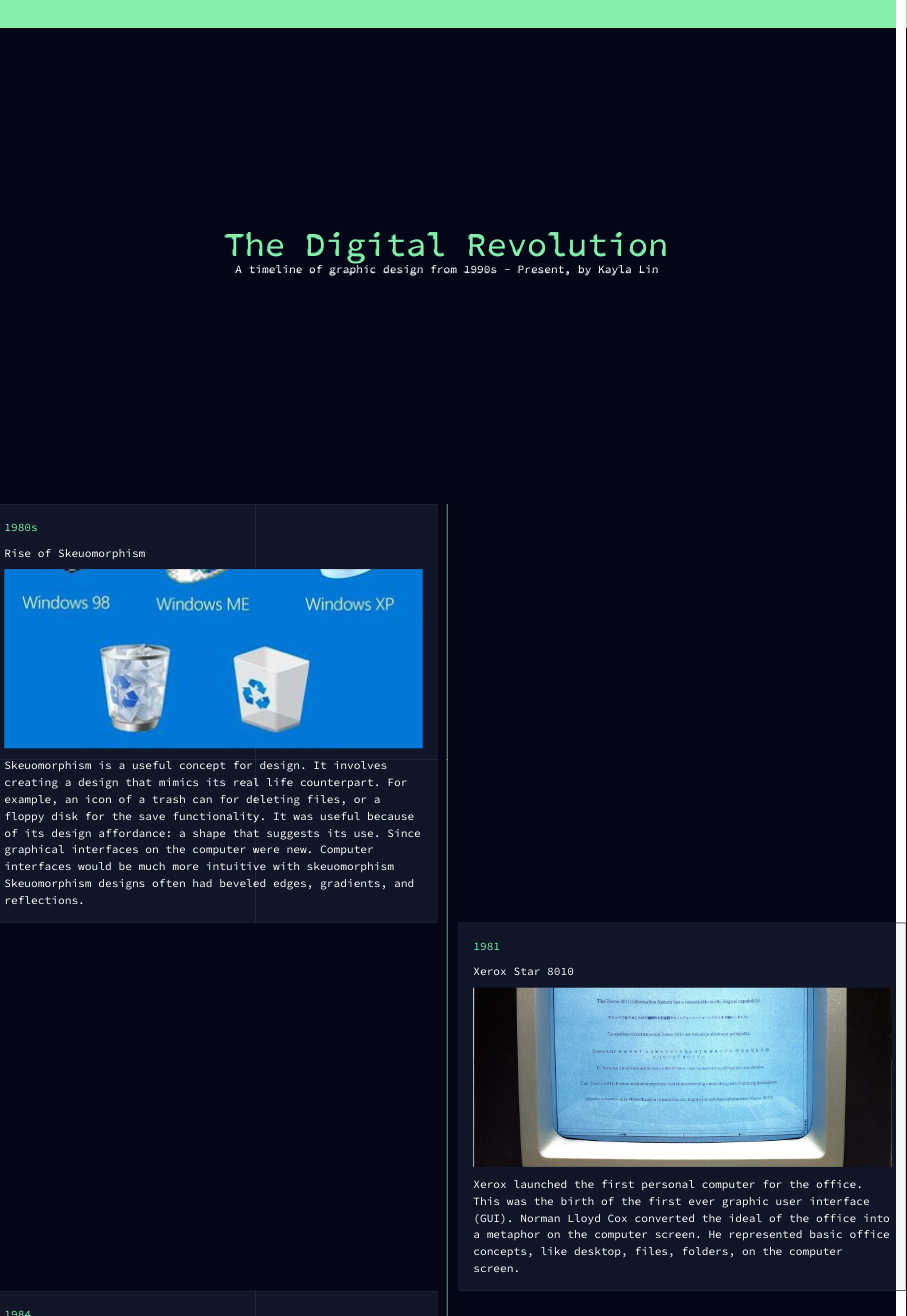
Repository: kayla-lin/graphic-design-timeline
Page: /
An editor plug-in stored every save of this project. The page is shown before and after the next save, followed by the edit.
The browser window is 1280 px wide. The page is 1295 px wide, so the pictures cover 1295 px, including what lies to the right of the window. The pictures show the part of the page from y = 0 to 1880 px (the page is 13566 px tall), at 70% of full size.
The project was rebuilt for these pictures with package versions that can differ from the ones it lists, and the page was loaded fresh each time. The framework's server and built-in components were replaced by stand-ins that run in the browser. Also part of the build but not shown: next.config.js.

Above is the page before, as saved 2023-05-01 21:08:41.

### pages/index.tsx
import { Source_Code_Pro } from "next/font/google";
import Introduction from "./components/Introduction";
import TimelineElement from "./components/TimelineElement";
import Timeline from "./components/Timeline";
import ProgressBar from "./components/ProgressBar";

const source = Source_Code_Pro({ subsets: ["latin"] });

export default function Home() {
  return (
    <main className={`${source.className} bg-slate-950`}>
      <ProgressBar />
      <Introduction />
      <Timeline>
        <TimelineElement
          title="Rise of Skeuomorphism"
          date="1980s"
          img="skeumorphic.png"
          desc={[
            "Skeuomorphism is a useful concept for design. It involves creating a design that mimics its real life counterpart. For example, an icon of a trash can for deleting files, or a floppy disk for the save functionality. It was useful because of its design affordance: a shape that suggests its use. Since graphical interfaces on the computer were new. Computer interfaces would be much more intuitive with skeuomorphism Skeuomorphism designs often had beveled edges, gradients, and reflections.",
          ]}
        />
        <TimelineElement
          title="Xerox Star 8010"
          date="1981"
          img="xerox.jpeg"
          desc={[
            "Xerox launched the first personal computer for the office. This was the birth of the first ever graphic user interface (GUI). Norman Lloyd Cox converted the ideal of the office into a metaphor on the computer screen. He represented basic office concepts, like desktop, files, folders, on the computer screen.",
          ]}
        />
        <TimelineElement
          title="Apple’s 1984 Macintosh"
          date="1984"
          img="applemac.jpeg"
          desc={[
            "The Apple 1984 Macintosh was the first commercially successful personal computer with a graphic user interface. It helped popularize the idea that computers can be a tool for productivity and creativity. The laptop had a graphic program called MacPaint created by Bill Atkinson and Susan Kare. Creating computer graphics was very intuitive: People used a mouse or a drawing tablet along with a multitude of different graphic tools on a toolbar.",
          ]}
        />
        <TimelineElement
          title="Susan Kare"
          date="1984"
          img="susankare.jpeg"
          desc={[
            "Susan Kare is graphic designer  “who gave the Macintosh a smile. Pixel art was the best kind of graphics that computing power could hope for. However, the small amount of pixels were crucial for intuitive interfaces and designs. Susan Kare created the original set of icons for the original Apple Macintosh.",
            "She transferred the idea of off-screen iconography to its on screen equivalent, thus allowing for icons to be effective in the digital world. Kare worked without the use of colors because computers could not replicate colors. She created iconic symbols like the “Ok” button, trashcan and command symbol.",
          ]}
        />
        <TimelineElement
          title="Andy Warhol"
          date="1985"
          img="warhol.jpeg"
          desc={[
            "In 1985, Andy Warhol became a Commodore International representative. He created a series of 28 digital “experiments” to help advertise the computer, Amiga 1000.",
          ]}
        />
        <TimelineElement
          title="David Hockney"
          date="1986"
          img="hockney.jpeg"
          desc={[
            "David Hockney was one of the first artists to consider digital art as a serious medium. In 1986, he created digital paintings using Quantel Paintbox, which was a drawing surface that enabled users to draw computer graphics directly on the computer screen without transferring to another medium. He created a series of paintings for the BBC series, Painting with Light.",
          ]}
        />
        <TimelineElement
          title="Adobe"
          date="1987"
          img="adobe.jpeg"
          desc={[
            "PostScript was a language used to control output of laser printers. Adobe started to develop different fonts after PostScript’s success.",
            "In  the late 1980s, Apple and Adobe had a disagreement over licensing fees, causing the “font wars”. Adobe offered Display PostScript, a version of PostScript that ran on personal computers, to both Apple and Microsoft. Apple and Microsoft did not want to give control over a vital part of the operating system. Adobe also did not want to pay Apple’s stiff royalties. Apple and Microsoft would join forces to create their own technology similar to PostScript.",
            "During the font wars, Adobe focused on software development and in 1987 introduced Adobe Illustrator, a widely used software for vector graphics. Two years later in 1989, they introduced Adobe Photoshop, an image manipulation program that became the most popular and successful Adobe program.",
          ]}
        />
        <TimelineElement
          title="David Carson"
          date="1989"
          img="carson.png"
          desc={[
            "During the 1990s, there was a movement to move away from Swiss Modern. David Carson was the art director of Beach Culture (1989-91), Surfer (1991-92), and Ray Gun (1992-96). He was well known for his experimental approach to design, and he broke a lot of traditional design rules. He was an inspiration for the experimental nature and techniques that many used in computer graphics.",
          ]}
        />
        <TimelineElement
          title="World Wide Web"
          date="1989"
          img="www.jpeg"
          desc={[
            "Before the World Wide Web, the internet was just used for sending files from one place to another. Tim Berners-Lee, a Swiss computer programmer, introduced the World Wide Web. The World Wide Web was a “web” of information open to anyone.",
            "Users were able to communicate and exchange information globally. This marked a new period of accessibility, especially for artists. Artists could rely less on institutions and easily share information.",
          ]}
        />
        <TimelineElement
          title="Netscape"
          date="1992"
          img="netscape.jpeg"
          desc={[
            "At the University of Illinois, a group of students and researchers created a browser called Mosaic, later known as Netscape. This offered a user friendly way to access the website. Users could see words and computers on the same page, and users could navigate the web with scrollbars and hyperlinks.",
            "Later, Congress allowed the web to be used commercially. Companies and entrepreneurs rushed to set up websites to sell goods and services.",
          ]}
        />
        <TimelineElement
          title="Cascading Style Sheets"
          date="1994"
          img="css.webp"
          desc={[
            "It was difficult to code the website to have designs. Berners-Lee was more interested in the web as a digital directory of employees. Take Pei-Yuan Wei was one of the first who tried to make his own language for styling websites. Wei never quite found success in standardizing his language, but he was an inspiration for his successor Hakon Wium Lie who created Cascading Style Sheets, or just CSS.",
            "CSS revolutionized graphic design. CSS allowed a new level of control over the design of a website. It was possible to create rich, visually appealing designs for a website. CSS helped establish web design as a platform for creativity and popularized the focus on intuitive user experience and interfaces.",
          ]}
        />
        <TimelineElement
          title="Early Net Artists"
          date="1994"
          img="netart.jpeg"
          desc={[
            "The rise of newly aesthetic websites and the internet, paved a way for a sub-culture group of early internet artists concerned with less about aesthetically-pleasing websites, but with the power of the internet.",
            "These artists created interactive viewing experiences with browsers, search engines, and code.",
          ]}
        />
        <TimelineElement
          title="Yael Kanarek"
          date="1995"
          img="kanarek.png"
          desc={[
            "Israeli-American artist Yael Kanarek was one of these experimental artists. She created a project called the World of Awe, which is an online diary that mixes love letters, cyborgs, with 3D models and landscapes.",
          ]}
          href="https://www.worldofawe.net/thejournal/landing/"
          hrefTitle="World of Awe"
        />
        <TimelineElement
          title="Joan Heemskerk"
          date="1995"
          img="jodi.png"
          desc={[
            "Another one of these artists was Dutch artist Joan Heemsherk. He was responsible for many of the best-loved internet artworks of the 90s, including wwwwwwwww.Jodi.org. The website includes a page of random numbers of symbols like a programmer’s terminal window. Viewing the page source HTML code (right click, “View Page Source) reveals the hidden artwork.",
          ]}
          href="https://wwwwwwwww.jodi.org/"
          hrefTitle="wwwwwwwww.Jodi.org"
        />
        <TimelineElement
          title="iPhone"
          date="2007"
          img="iphone.webp"
          desc={[
            "The iPhone revolutionized communication. It changed the way people used phones as devices. People were able to do more than just call or text, and it had incredible portability, being handheld. The interface was sleek, intuitive, and touchscreen. Competing phone companies rushed to create their own touch screen phone.",
            "With the iPhone, the App Store was released which is arguably one of the most significant products in personal computing.  The App Store changed the way software was designed, used, and distributed. The App Store was a hub of applications that any users download applications from. Additionally, any user could upload their own applications. Thus, growing a new field of software development, and interface design that targets mobile applications. There was a need for developers who just focused on developing for mobile platforms. There was also a need for designers to design mobile interfaces and application icons.",
          ]}
        />
        <TimelineElement
          title="Flat Design"
          date="2013"
          img="flatdesign.jpeg"
          desc={[
            "Flat design came as a response to the overuse of skeuomorphism.Apple launched iOS 7, which signified the death of skeuomorphism to designs that were flat and simple, inspired by Swiss Modern. Apple used Helvetica Neue Ultra Light, and switched old application icons to new two-dimensional, simple designs.",
            "Skeuomorphism began to hold interfaces back, as the world became more familiar with digital interfaces. Skeuomorphism led to cluttered designs and useless details. The visual metaphor was no longer needed.",
          ]}
        />
        <TimelineElement
          title="Isometric Design"
          date="2013"
          img="isometric.webp"
          desc={[
            "Users benefitted from the shift to flat designs, but web designers and UX researchers found that flat design had user experience issues. One example of an issue of that some users may not click a flat button if they do not recognize it as clickable. Flat design evolved into Flat Design 2.0. Instead of completely flat logos, designers started to add highlights, gradients, and drop shadows to add depth and direction, while maintaining minimalism.",
            "This eventually evolved into a new trend of Isometric Design, or flat 3D designs. Isometric designs present a three dimensional view of an object, which “combines some elements of realism from skeuomorphism with the clean, modern approach of flat design”.",
          ]}
        />
        <TimelineElement
          title="Spotify"
          date="2015"
          img="wrapped.jpeg"
          desc={[
            "Spotify is one company herald for its innovative takes design and their ability to stay with the trends. In 2015, Spotify created “Wrapped” a feature for users to see their past history of statistics for the music they listened to. Spotify went virtual for its use of flat graphics with colorful shapes and animation..",
          ]}
        />
        <TimelineElement
          title="Facebook's Alergia"
          date="2017"
          img="alegria.webp"
          desc={[
            "Alegria is an illustration system developed by creative agency Buck specifically for Facebook. Alegria, is a project to achieve aesthetic illustrations in a short period of time. The Alegria style is easy to standardize and replicate, so artists can keep it consistent and less money could be spent. The style was modified to be simpler for replicability during the development process.",
          ]}
        />
        <TimelineElement
          title="Google's Material Design"
          date="2017"
          img="material.avif"
          desc={[
            "Before Material Design, unfriendly user interfaces were common. There were inconsistencies in web design principles. Material Design is a design system created by Google to help teams build consistent, intuitive interfaces. It is one of the most used design systems to ever exist. Material Design pushed interfaces into a simpler cleaner design that users anticipated, which made web experiences feel more responsive and intuitive. Google also released material.io, which contained guidelines for developers and designers to create beautiful and functional designs.",
            "Material Design combined the best parts of skeuomorphism and flat design. Material Design takes inspiration from real-life objects, but doesn’t copy them. The design system gives them form, depth, while still relying on flat design elements.",
          ]}
        />
        <TimelineElement
          title="Rise and Fall of Corporate Memphis"
          date="2017"
          img="corporate.jpeg"
          desc={[
            "Corporate Memphis, also known as big tech art, is a term to describe a style of illustration associated with Big Tech companies and startups, inspired by Facebook’s Alegria.",
            "With the rise of flat design, and vector graphics needed for websites and icons, Corporate Memphis became popular as they were simple, scalable illustrations to fill in white spaces.The colorful, friendly illustrations also combatted negative perceptions of large tech companies, who were often criticized for their monopoly and capitalistic behaviors. Corporate Memphis is often criticized for being overused, generic, and lazy because of its widespread use.",
          ]}
        />
      </Timeline>
    </main>
  );
}

### styles/globals.css
@tailwind base;
@tailwind components;
@tailwind utilities;

/* Top progress bar */

.progress-bar {
  position: fixed;
  top: 0;
  left: 0;
  right: 0;
  height: 10px;
  background: red;
  transform-origin: 0%;
}

/* Glitch effect */

.glitch {
  animation: glitch 1s linear infinite;
}

@keyframes glitch {
  2%,
  64% {
    transform: translate(2px, 0) skew(0deg);
  }
  4%,
  60% {
    transform: translate(-2px, 0) skew(0deg);
  }
  62% {
    transform: translate(0, 0) skew(5deg);
  }
}

.glitch:before,
.glitch:after {
  content: attr(title);
  position: absolute;
  left: 0;
}

.glitch:before {
  animation: glitchTop 1s linear infinite;
  clip-path: polygon(0 0, 100% 0, 100% 33%, 0 33%);
  -webkit-clip-path: polygon(0 0, 100% 0, 100% 33%, 0 33%);
}

@keyframes glitchTop {
  2%,
  64% {
    transform: translate(2px, -2px);
  }
  4%,
  60% {
    transform: translate(-2px, 2px);
  }
  62% {
    transform: translate(13px, -1px) skew(-13deg);
  }
}

.glitch:after {
  animation: glitchBotom 1.5s linear infinite;
  clip-path: polygon(0 67%, 100% 67%, 100% 100%, 0 100%);
  -webkit-clip-path: polygon(0 67%, 100% 67%, 100% 100%, 0 100%);
}

@keyframes glitchBotom {
  2%,
  64% {
    transform: translate(-2px, 0);
  }
  4%,
  60% {
    transform: translate(-2px, 0);
  }
  62% {
    transform: translate(-22px, 5px) skew(21deg);
  }
}

### pages/components/Introduction/index.tsx
import React from "react";

const Introduction = () => {
  return (
    <section className="h-screen w-screen text-white flex flex-col justify-center items-center">
      <h1
        title="The Digital Revolution"
        className="glitch text-5xl text-green-300"
      >
        The Digital Revolution
      </h1>
      <div
        className="glitch"
        title="A timeline of graphic design from 1990s - Present, by Kayla Lin"
      >
        A timeline of graphic design from 1990s - Present, by Kayla Lin
      </div>
    </section>
  );
};

export default Introduction;

### pages/components/TimelineElement/index.tsx
import Image from "next/image";
import React, { FC, useEffect } from "react";
import { useAnimation, motion } from "framer-motion";
import { useInView } from "react-intersection-observer";
import Link from "next/link";

interface Props {
  title: string;
  date: string;
  desc: string[];
  img?: string;
  index?: number;
  href?: string;
  hrefTitle?: string;
}

const TimelineElement: FC<Props> = ({
  title,
  desc,
  img,
  date,
  index,
  href,
  hrefTitle,
}) => {
  const controls = useAnimation();
  const [ref, inView] = useInView();

  const isEven = index && index % 2;

  const squareVariants = {
    visible: {
      opacity: 1,
      left: isEven ? 15 : -15,
      transition: { duration: 0.5 },
    },
    hidden: { opacity: 0, left: isEven ? 100 : -100 },
  };

  useEffect(() => {
    if (inView) {
      controls.start("visible");
    }
  }, [controls, inView]);

  return (
    <motion.div
      ref={ref}
      animate={controls}
      initial="hidden"
      variants={squareVariants}
      className={`w-1/2 relative text-white bg-slate-400 bg-opacity-10 p-5 border border-gray-800 flex flex-col gap-3 ${
        isEven ? "self-end left-5" : "self-start right-5"
      }`}
    >
      <span className="text-green-300">{date}</span>
      <h1>{title}</h1>
      {img && (
        <div className="h-64 w-100 relative">
          <Image
            src={`/img/${img}`}
            alt={title}
            fill={true}
            style={{ objectFit: "cover" }}
          />
        </div>
      )}
      {desc.map((text, index) => (
        <p key={index}>{text}</p>
      ))}
      {href && hrefTitle && (
        <Link
          href={href}
          target="_blank"
          className="text-green-300 hover:text-green-500 underline"
        >
          {hrefTitle}
        </Link>
      )}
    </motion.div>
  );
};

export default TimelineElement;

### pages/components/Timeline/index.tsx
import React, { Children, FC, ReactNode } from "react";

interface Props {
  children: ReactNode;
}

const Timeline: FC<Props> = ({ children }) => {
  const mapped = Children.map(children, (child, index) => {
    if (React.isValidElement(child)) {
      return React.cloneElement(child, {
        ...child.props,
        index,
        isFirst: index === 0,
        isLast: !Array.isArray(children) || index === children.length - 1,
      });
    }
    return null;
  });

  return (
    <section className="container mx-auto flex flex-col relative">
      <span className="h-full right-1/2 w-0.5 bg-green-300 bg-opacity-50 absolute z-50" />
      {mapped}
    </section>
  );
};

export default Timeline;

### pages/components/ProgressBar/index.tsx
import React from "react";
import { motion, useScroll } from "framer-motion";

const ProgressBar = () => {
  const { scrollYProgress } = useScroll();

  return (
    <motion.div
      className="fixed top-0 left-0 right-0 h-10 bg-green-300 origin-[0%]"
      style={{ scaleX: scrollYProgress }}
    />
  );
};

export default ProgressBar;

Loaded but not shown: pages/_app.tsx (common file); pages/_document.tsx (common file); tailwind.config.js (common file)

After the next save:
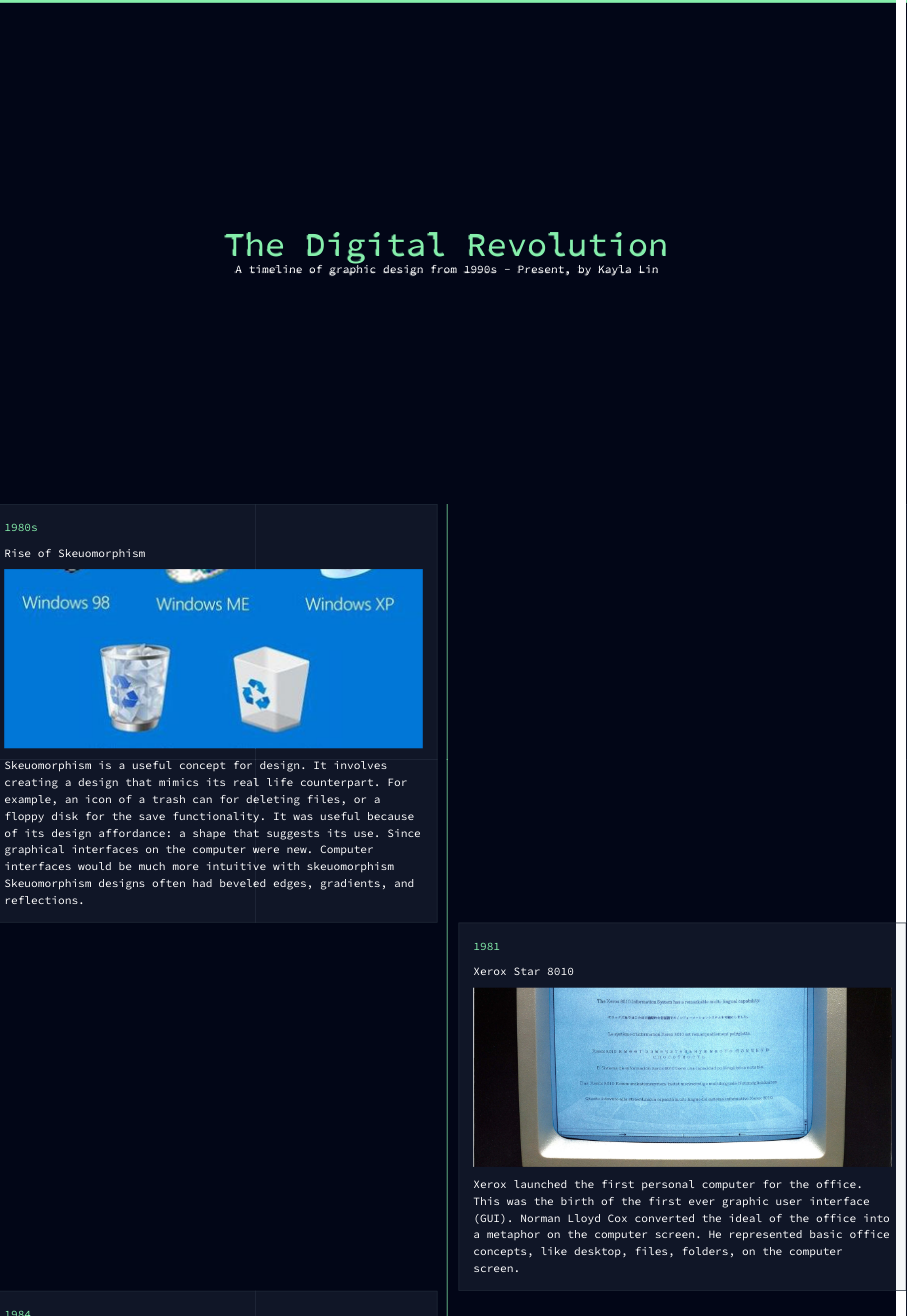
Saved 6 s later.
--- a/pages/components/ProgressBar/index.tsx
+++ b/pages/components/ProgressBar/index.tsx
@@ -6,7 +6,7 @@
 
   return (
     <motion.div
-      className="fixed top-0 left-0 right-0 h-10 bg-green-300 origin-[0%]"
+      className="fixed top-0 left-0 right-0 h-1 bg-green-300 origin-[0%]"
       style={{ scaleX: scrollYProgress }}
     />
   );
